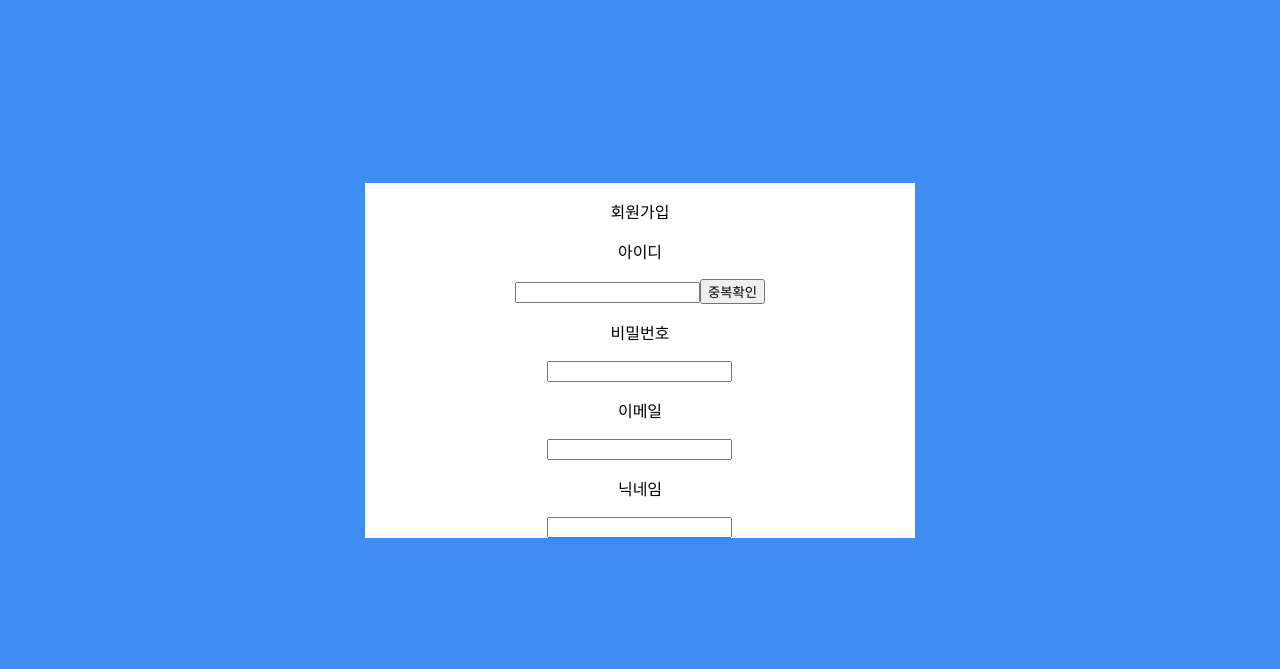
Repository: TeamCosine/Front
Page: /invite
The author's editor kept a copy of each file at every save. The page is drawn from the files as they stood at one save, then again after a run of saves.
The browser window is 1280 px wide. The pictures show the whole page.
The project was rebuilt for these pictures with package versions that can differ from the ones it lists, and the page was loaded fresh each time. Also part of the build but not shown: src/components/home/Card.js, src/pages/Home.js, src/pages/Profile.js, src/pages/Login.js, src/components/MyInfo/Card.js, src/pages/MyInfo.js, src/pages/Write.js, src/components/common/Title.js and 1 more.

Above is the page before, as saved 2023-07-15 22:08:22.

After the next 2 saves:
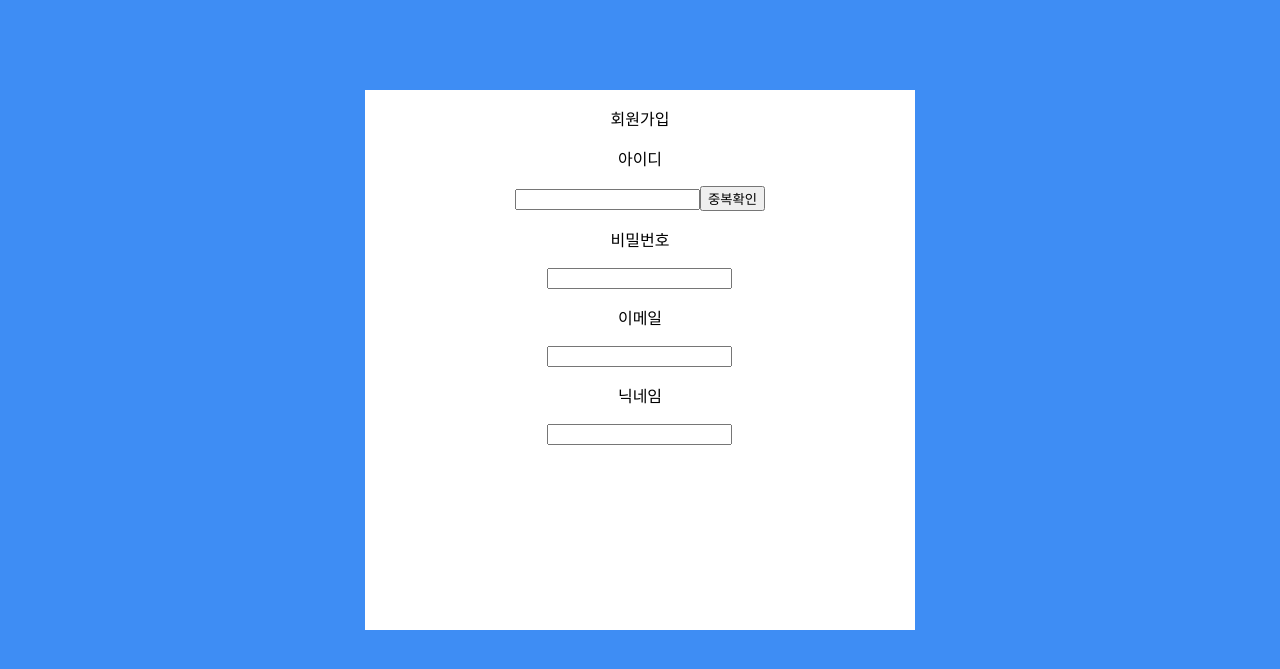
The 2 saves are shown as one change because they came seconds apart.
The last was saved 24 s later.
--- a/src/pages/Invite.js
+++ b/src/pages/Invite.js
@@ -14,6 +14,7 @@ const Container = styled.div`
 const InviteContainer = styled.div`
    background-color: white;
    width: 43vw;
+   height: 75vh;
 
 `;
 const IdContainer= styled.div``;
